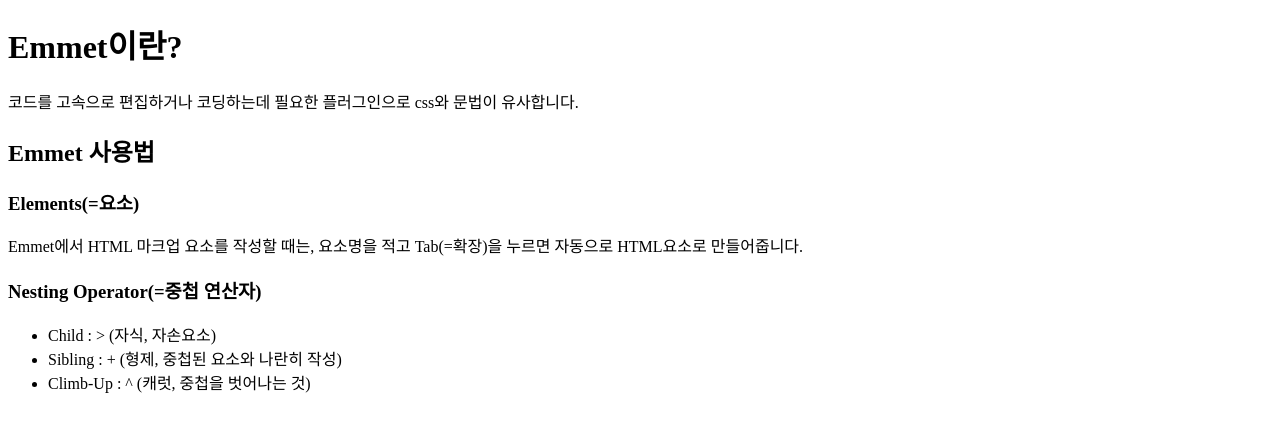
Repository: sbn121/WebUi
Page: Workspace/CloneCoding1/src/main/webapp/emmet-syntax.html
The author's editor kept a copy of each file at every save. The page is drawn from the files as they stood at one save, then again after the next save.
The browser window is 1280 px wide. The pictures show the whole page.

Above is the page before, as saved 2023-05-30 06:51:16.

### Workspace/CloneCoding1/src/main/webapp/emmet-syntax.html
<!DOCTYPE html>
<html>
<head>
<meta charset="UTF-8">
<title>수코딩 클론</title>
<meta name="viewport" content="width=device-width, initial-scale=1.0" />

</head>
<body>
	<!-- https://docs.emmet.io/abbreviations/syntax/ -->
	<h1>Emmet이란?</h1>
	<p>코드를 고속으로 편집하거나 코딩하는데 필요한 플러그인으로 css와 문법이 유사합니다.</p>

	<h2>Emmet 사용법</h2>
	<h3>Elements(=요소)</h3>
	<p>Emmet에서 HTML 마크업 요소를 작성할 때는, 요소명을 적고 Tab(=확장)을 누르면 자동으로 HTML요소로 만들어줍니다.</p>

	<h3>Nesting Operator(=중첩 연산자)</h3>
	<ul>
		<li>Child : > (자식, 자손요소)</li>
		<li>Sibling : + (형제, 중첩된 요소와 나란히 작성)</li>
		<li>Climb-Up : ^ (캐럿, 중첩을 벗어나는 것)</li>
	</ul>

</body>
</html>

After the next save:
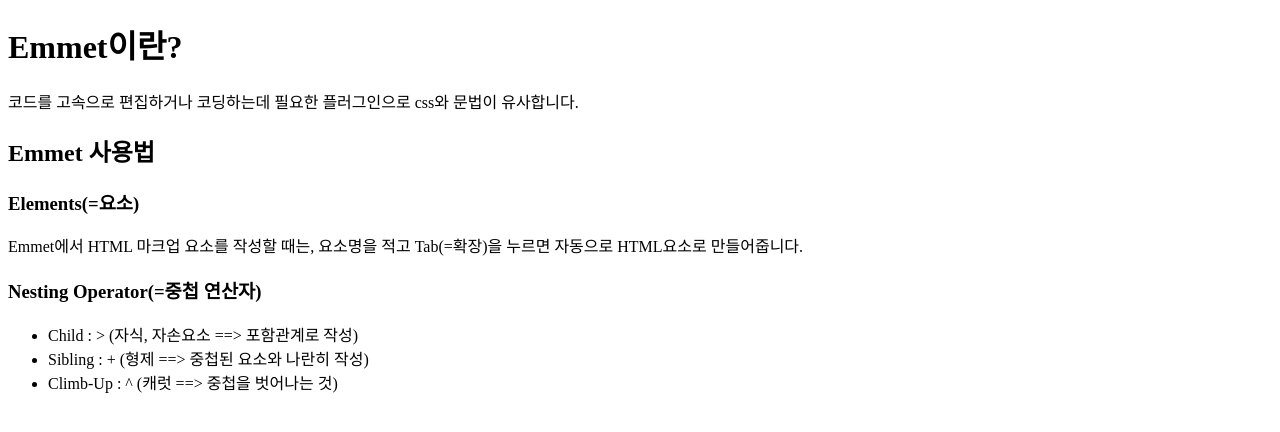
Saved 19 s later.
--- a/Workspace/CloneCoding1/src/main/webapp/emmet-syntax.html
+++ b/Workspace/CloneCoding1/src/main/webapp/emmet-syntax.html
@@ -17,9 +17,9 @@
 
 	<h3>Nesting Operator(=중첩 연산자)</h3>
 	<ul>
-		<li>Child : > (자식, 자손요소)</li>
-		<li>Sibling : + (형제, 중첩된 요소와 나란히 작성)</li>
-		<li>Climb-Up : ^ (캐럿, 중첩을 벗어나는 것)</li>
+		<li>Child : > (자식, 자손요소 ==> 포함관계로 작성)</li>
+		<li>Sibling : + (형제 ==> 중첩된 요소와 나란히 작성)</li>
+		<li>Climb-Up : ^ (캐럿 ==> 중첩을 벗어나는 것)</li>
 	</ul>
 
 </body>
